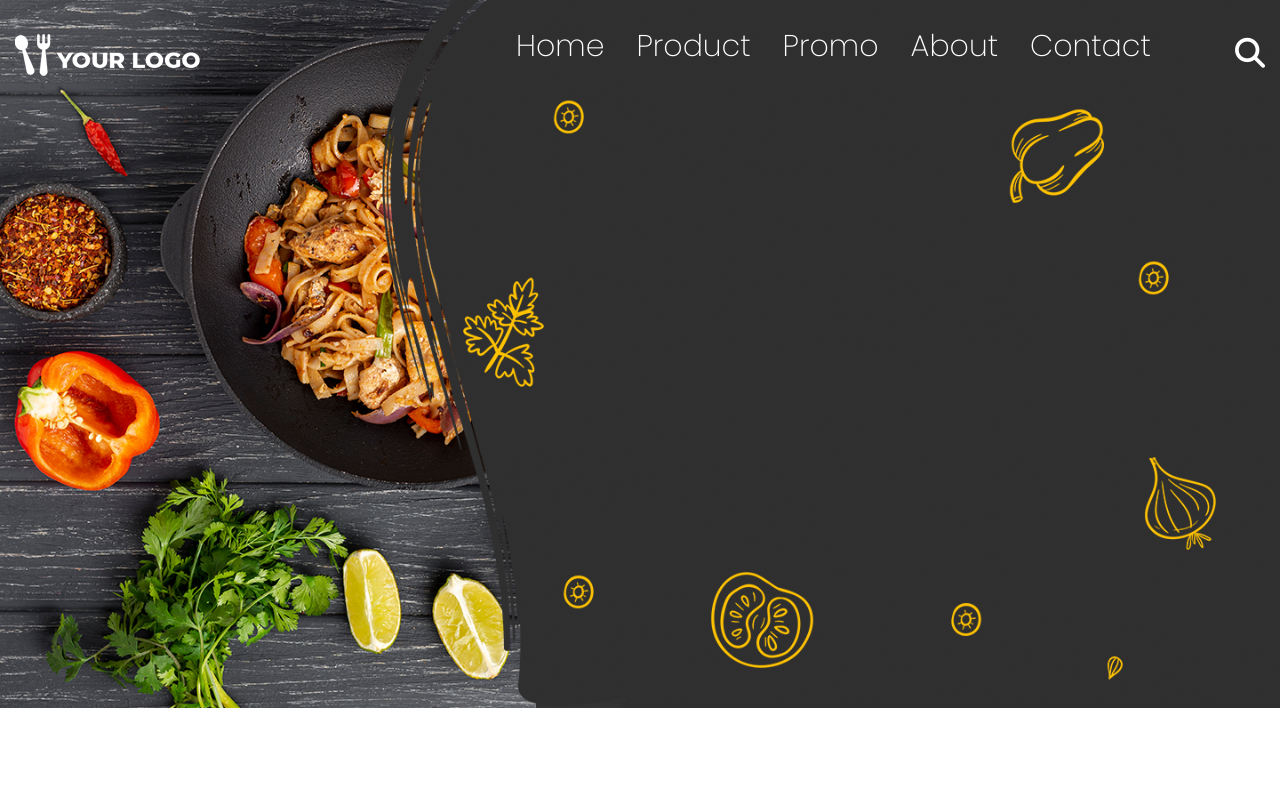
Repository: iphoneboy46/templateRestaurent
Page: index.html
An editor plug-in stored every save of this project. The page is shown before and after the next save, followed by the edit.
The browser window is 1280 px wide. The pictures show the whole page.

Above is the page before, as saved 2022-10-12 14:42:25.

### index.html
<!DOCTYPE html>
<html lang="en">

<head>
    <meta charset="UTF-8">
    <meta http-equiv="X-UA-Compatible" content="IE=edge">
    <meta name="viewport" content="width=device-width, initial-scale=1.0">
    <link rel="stylesheet" href="https://cdn.jsdelivr.net/npm/bootstrap@4.3.1/dist/css/bootstrap.min.css"
        integrity="sha384-ggOyR0iXCbMQv3Xipma34MD+dH/1fQ784/j6cY/iJTQUOhcWr7x9JvoRxT2MZw1T" crossorigin="anonymous">
    <script src="https://code.jquery.com/jquery-3.3.1.slim.min.js"
        integrity="sha384-q8i/X+965DzO0rT7abK41JStQIAqVgRVzpbzo5smXKp4YfRvH+8abtTE1Pi6jizo"
        crossorigin="anonymous"></script>
    <script src="https://cdn.jsdelivr.net/npm/popper.js@1.14.7/dist/umd/popper.min.js"
        integrity="sha384-UO2eT0CpHqdSJQ6hJty5KVphtPhzWj9WO1clHTMGa3JDZwrnQq4sF86dIHNDz0W1"
        crossorigin="anonymous"></script>
    <script src="https://cdn.jsdelivr.net/npm/bootstrap@4.3.1/dist/js/bootstrap.min.js"
        integrity="sha384-JjSmVgyd0p3pXB1rRibZUAYoIIy6OrQ6VrjIEaFf/nJGzIxFDsf4x0xIM+B07jRM"
        crossorigin="anonymous"></script>
    <link rel="stylesheet" href="https://cdnjs.cloudflare.com/ajax/libs/font-awesome/6.2.0/css/all.min.css"
        integrity="sha512-xh6O/CkQoPOWDdYTDqeRdPCVd1SpvCA9XXcUnZS2FmJNp1coAFzvtCN9BmamE+4aHK8yyUHUSCcJHgXloTyT2A=="
        crossorigin="anonymous" referrerpolicy="no-referrer" />
    <link rel="stylesheet" href="style.css">
    <title>Document</title>
</head>

<body>
    <header class="header container-fluid">
        <nav class="menu__list pt-3">
           <div class="logo">
                <a class="navbar-brand">
                    <img src="images/logo.png" alt="">
                </a>
           </div>
            <ul class="menu__items">
                <li class="nav-item">
                    <a class="nav-link text-white" href="#">Home</a>
                </li>
                <li class="nav-item">
                    <a class="nav-link text-white" href="#">Product</a>
                </li>
                <li class="nav-item">
                    <a class="nav-link text-white" href="#">Promo</a>
                </li>
                <li class="nav-item">
                    <a class="nav-link text-white" href="#">About</a>
                </li>
                <li class="nav-item">
                    <a class="nav-link text-white" href="#">Contact</a>
                </li>
            </ul>
            <div class="item--search">
                <i class="fa-solid fa-magnifying-glass"></i>
            </div>
        </nav>
    </header>
</body>

</html>

### style.css
@import url('https://fonts.googleapis.com/css2?family=Poppins:wght@200&display=swap');
* {
    padding: 0;
    margin: 0;
    box-sizing: border-box;
    font-family: 'Poppins', sans-serif;
    text-decoration: none;
    list-style: none;
}

.logo{
    width: 30%;
}

.header{
    background-image: url(images/header.png);
    width: 100%;
    height:800px;
    background-size: 100%;
    background-repeat: no-repeat;
}

.menu__list{
    display: flex;
    justify-content: space-between;
    align-items: center;
}

.menu__items{
    display: flex;
    justify-content: space-between;
    align-items: center;
    width: 50%;
}

.menu__items li a{
    font-size: 30px;
}


.item--search i{
    color: white;
    font-size: 30px;
}

After the next save:
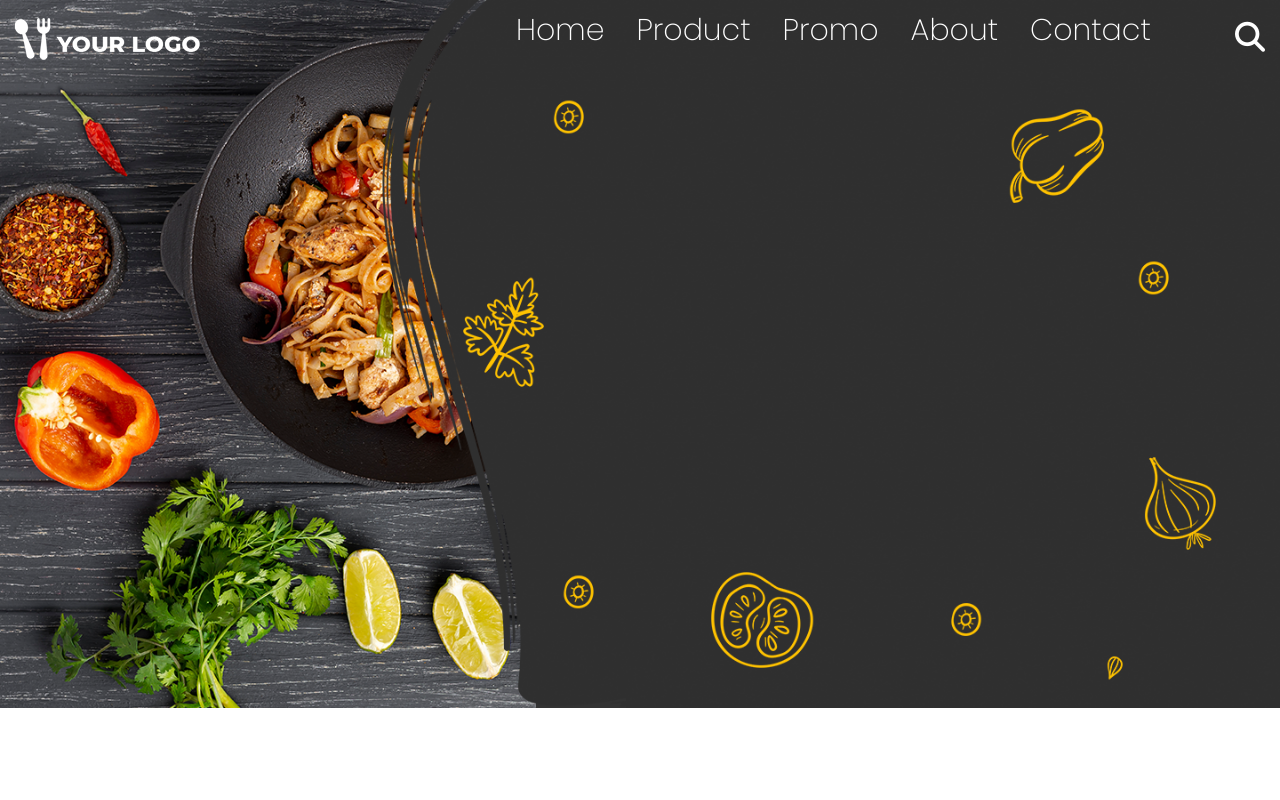
Saved 10 s later.
--- a/index.html
+++ b/index.html
@@ -25,7 +25,7 @@
 
 <body>
     <header class="header container-fluid">
-        <nav class="menu__list pt-3">
+        <nav class="menu__list">
            <div class="logo">
                 <a class="navbar-brand">
                     <img src="images/logo.png" alt="">

After the save that followed:
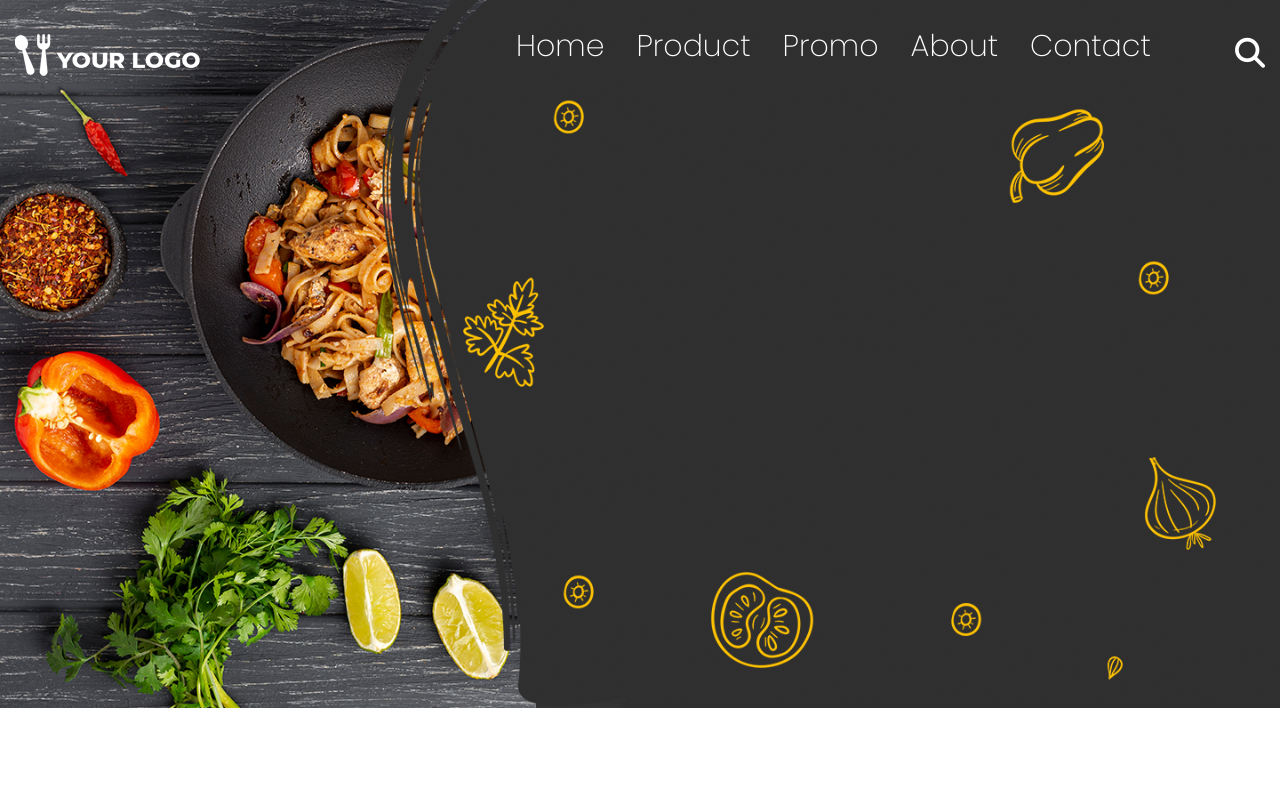
Saved 7 s later.
--- a/index.html
+++ b/index.html
@@ -25,7 +25,7 @@
 
 <body>
     <header class="header container-fluid">
-        <nav class="menu__list">
+        <nav class="menu__list pt-3">
            <div class="logo">
                 <a class="navbar-brand">
                     <img src="images/logo.png" alt="">
